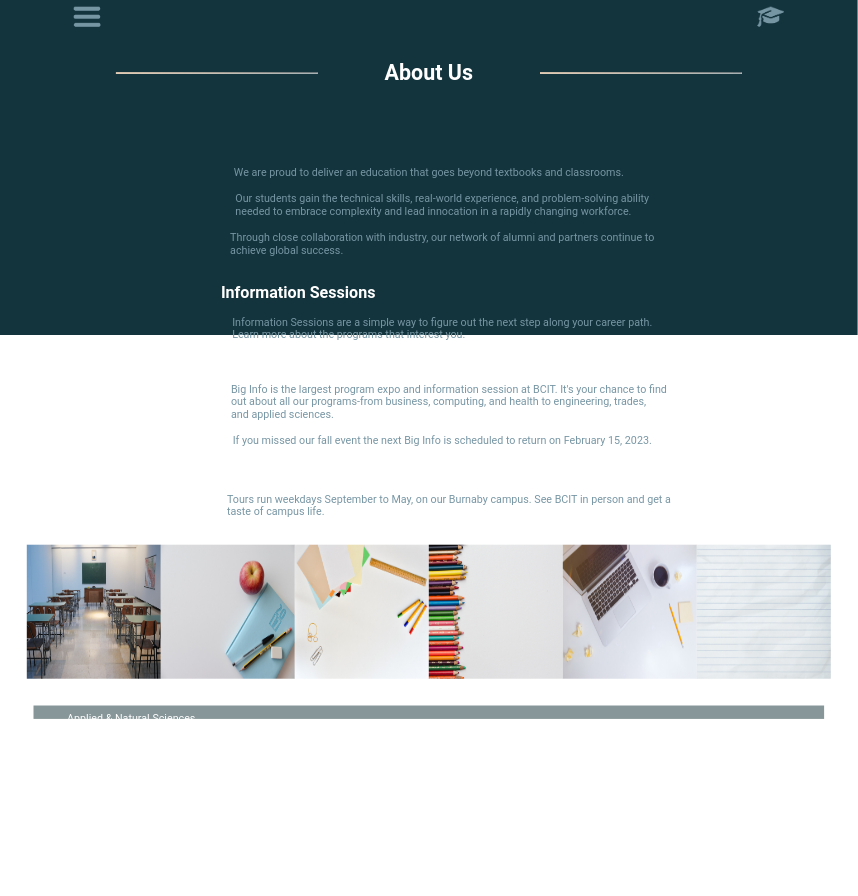
Repository: Sheraliramzan/Aly_A01253508_Assignment1
Page: /about
The author's editor kept a copy of each file at every save. The page is drawn from the files as they stood at one save, then again after the next save.
The browser window is 1280 px wide. The pictures show the whole page, at 67% of full size.
The project was rebuilt for these pictures with package versions that can differ from the ones it lists, and the page was loaded fresh each time. The framework's server and built-in components were replaced by stand-ins that run in the browser. Also part of the build but not shown: next.config.js.

Above is the page before, as saved 2023-02-05 10:03:15.

After the next save:
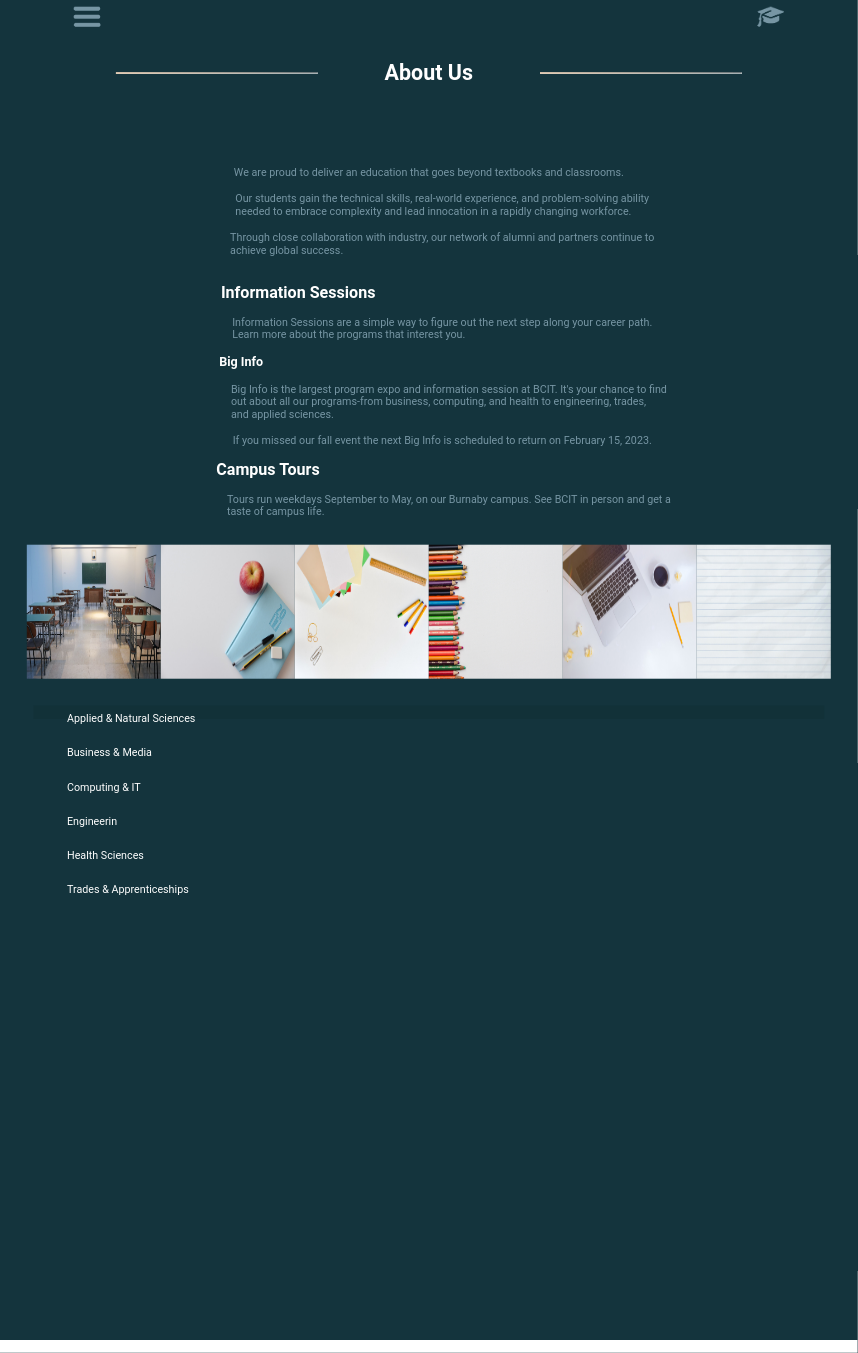
Saved 5 s later.
--- a/styles/globals.css
+++ b/styles/globals.css
@@ -124,7 +124,7 @@ ul > li {
   width: 100%;
   background-color: var( --quaternary-color);
   justify-content: center;
-  height: 500px;
+  height: 2000px;
 }
 .hori{
   border-left: 300px solid var(--secondary-color);
